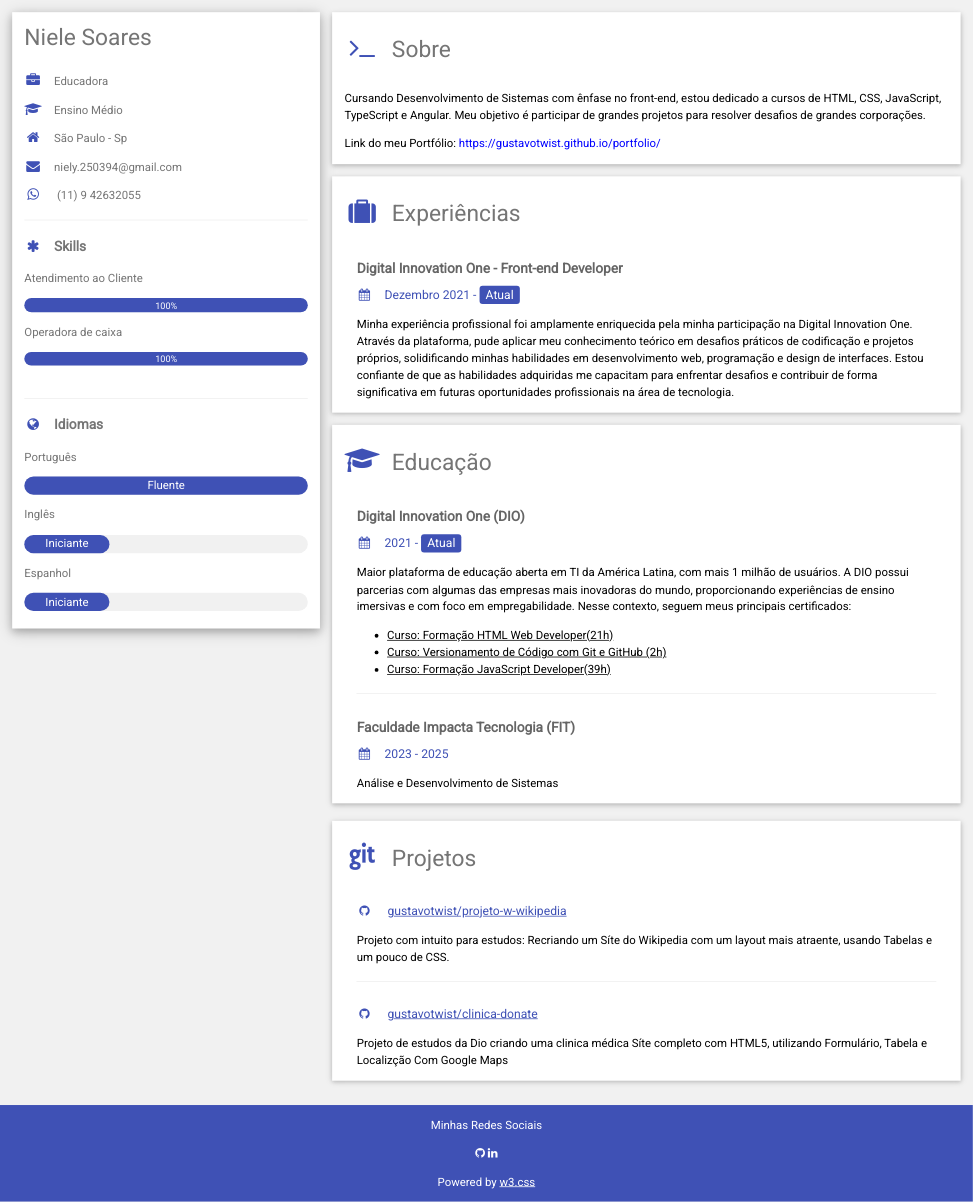
Repository: gustavotwist/cv2
Page: index.html
An editor plug-in stored every save of this project. The page is shown before and after the next save, followed by the edit.
The browser window is 1280 px wide. The pictures show the whole page, at 76% of full size.

Above is the page before, as saved 2024-08-23 17:18:26.

### index.html
<!DOCTYPE html>
<!-- @falvojr: Reference article https://www.w3schools.com/howto/howto_website_create_resume.asp -->
<!-- @falvojr: Useful link to use fontawesome (fa) icons: https://fontawesome.com/v4/icons/ -->
<html lang="pt-BR">

  <head>
    <title>Niele Soares</title>

    <meta http-equiv="Content-Type" content="text/html; charset=UTF-8">
    <meta name="viewport" content="width=device-width, initial-scale=1">

    <link rel="stylesheet" href="https://www.w3schools.com/w3css/4/w3.css">
    <link rel='stylesheet' href='https://fonts.googleapis.com/css?family=Roboto'>
    <link rel="stylesheet" href="https://cdnjs.cloudflare.com/ajax/libs/font-awesome/4.7.0/css/font-awesome.min.css">

    <style>
      html,body,h1,h2,h3,h4,h5,h6 {font-family: "Roboto", sans-serif}
    </style>

  </head>

  <body class="w3-light-grey" cz-shortcut-listen="true">

    <!-- Page Container -->
    <div class="w3-content w3-margin-top" style="max-width:1400px;">

      <!-- The Grid -->
      <div class="w3-row-padding">

        <!-- Left Column -->
        <div class="w3-third">

          <div class="w3-white w3-text-grey w3-card-4">
            <!-- @falvojr: This container has been modified to not use a profile picture. -->
            <div class="w3-container">
              <h2>Niele Soares</h2>
            </div>
            <div class="w3-container">
              <p><i class="fa fa-briefcase fa-fw w3-margin-right w3-large w3-text-indigo"></i>Educadora</p>
              <p><i class="fa fa-graduation-cap fa-fw w3-margin-right w3-large w3-text-indigo"></i>Ensino Médio</p>
              <p><i class="fa fa-home fa-fw w3-margin-right w3-large w3-text-indigo"></i>São Paulo - Sp</p>
              <p><i class="fa fa-envelope fa-fw w3-margin-right w3-large w3-text-indigo"></i><a href="mailto:niely.250394@gmail.com" style="text-decoration: none;">niely.250394@gmail.com</a></p>
              <p ><i class="fa fa-whatsapp fa-fw w3-margin-right w3-large w3-text-indigo"></i> <a href="tel:(11) 9 42632055" style="text-decoration: none;"> (11) 9 42632055</a> </p>
              <hr>

              <p class="w3-large">
                <b><i class="fa fa-asterisk fa-fw w3-margin-right w3-text-indigo"></i>Skills</b>
              </p>
              <p>Atendimento ao Cliente</p>
              <div class="w3-light-grey w3-round-xlarge w3-small">
                <div class="w3-container w3-center w3-round-xlarge w3-indigo" style="width:100%">100%</div>
              </div>
              <p>Operadora de caixa</p>
              <div class="w3-light-grey w3-round-xlarge w3-small">
                <div class="w3-container w3-center w3-round-xlarge w3-indigo" style="width:100%">100%</div>
              </div>
              <br>
              <hr>
              <p class="w3-large w3-text-theme">
                <b><i class="fa fa-globe fa-fw w3-margin-right w3-text-indigo"></i>Idiomas</b>
              </p>
              <p>Português</p>
              <div class="w3-light-grey w3-round-xlarge">
                <div class="w3-container w3-center w3-round-xlarge w3-indigo" style="height:24px;width:100%">Fluente</div>
              </div>
              <p>Inglês</p>
              <div class="w3-light-grey w3-round-xlarge">
                <div class="w3-container w3-center w3-round-xlarge w3-indigo" style="height:24px;width:30%">Iniciante</div>
              </div>
              <p>Espanhol</p>
              <div class="w3-light-grey w3-round-xlarge">
                <div class=" w3-container w3-center w3-round-xlarge w3-indigo" style="height:24px;width:30%">Iniciante</div>
              </div>
              <br>
            </div>
          </div><br>

          <!-- End Left Column -->
        </div>

        <!-- Right Column -->
        <div class="w3-twothird">

          <div class="w3-container w3-card w3-white w3-margin-bottom">
            <h2 class="w3-text-grey w3-padding-16"><i class="fa fa-terminal fa-fw w3-margin-right w3-xxlarge w3-text-indigo"></i>Sobre</h2>
            <p>Cursando Desenvolvimento de Sistemas com ênfase no front-end, estou dedicado a cursos de HTML, CSS, JavaScript, TypeScript e Angular. Meu objetivo é participar de grandes projetos para resolver desafios de grandes corporações.</p>
            <p>Link do meu Portfólio: <a href="https://gustavotwist.github.io/portfolio/" target="_blank" style="color: blue; text-decoration: none;">https://gustavotwist.github.io/portfolio/</a></p>
          </div>

          <div class="w3-container w3-card w3-white w3-margin-bottom">
            <h2 class="w3-text-grey w3-padding-16">
              <i class="fa fa-suitcase fa-fw w3-margin-right w3-xxlarge w3-text-indigo"></i>Experiências
            </h2>
            <div class="w3-container">
              <h5 class="w3-opacity"><b>Digital Innovation One - Front-end Developer</b></h5>
                <h6 class="w3-text-indigo"><i class="fa fa-calendar fa-fw w3-margin-right"></i>Dezembro 2021 - <span class="w3-tag w3-indigo w3-round">Atual</span></h6>
                <p>
                    Minha experiência profissional foi amplamente enriquecida pela minha participação na Digital Innovation One. Através da plataforma, pude aplicar meu conhecimento teórico em desafios práticos de codificação e projetos próprios, solidificando minhas habilidades em desenvolvimento web, programação e design de interfaces. Estou confiante de que as habilidades adquiridas me capacitam para enfrentar desafios e contribuir de forma significativa em futuras oportunidades profissionais na área de tecnologia.
                </p>

            </div>
          </div>

          <div class="w3-container w3-card w3-white">
            <h2 class="w3-text-grey w3-padding-16">
              <i class="fa fa-graduation-cap fa-fw w3-margin-right w3-xxlarge w3-text-indigo"></i>Educação
            </h2>
            <div class="w3-container">
              <h5 class="w3-opacity"><b>Digital Innovation One (DIO)</b></h5>
              <h6 class="w3-text-indigo"><i class="fa fa-calendar fa-fw w3-margin-right"></i>2021 - <span class="w3-tag w3-indigo w3-round">Atual</span></h6>
              <p>
                Maior plataforma de educação aberta em TI da América Latina, com mais 1 milhão de usuários.
                A DIO possui parcerias com algumas das empresas mais inovadoras do mundo, proporcionando experiências
                de ensino imersivas e com foco em empregabilidade. Nesse contexto, seguem meus principais certificados:
              </p>
              <ul>
                <li><a href="https://www.dio.me/certificate/VDSNYTO5" target="_blank">Curso: Formação HTML Web Developer(21h)</a></li>
                <li><a href="https://www.dio.me/certificate/EA66CA6A" target="_blank">Curso: Versionamento de Código com Git e GitHub (2h)</a></li>
                <li><a href="https://www.dio.me/certificate/OST0WIWG" target="_blank">Curso: Formação JavaScript Developer(39h)</a></li>
              </ul>
              <hr>
            </div>
            <div class="w3-container">
              <h5 class="w3-opacity"><b>Faculdade Impacta Tecnologia (FIT)</b></h5>
              <h6 class="w3-text-indigo"><i class="fa fa-calendar fa-fw w3-margin-right"></i>2023 - 2025</h6>
              <p>Análise e Desenvolvimento de Sistemas</p>
            </div>
          </div><br>
          <div class="w3-container w3-card w3-white w3-margin-bottom">
            <h2 class="w3-text-grey w3-padding-16">
              <i class="fa fa-git fa-fw w3-margin-right w3-xxlarge w3-text-indigo"></i>Projetos
            </h2>
            <div class="w3-container">
              <h6 class="w3-text-indigo">
                <i class="fa fa-github fa-fw w3-margin-right"></i>
                <a href="https://github.com/gustavotwist/projeto-w-wikipedia" target="_blank">gustavotwist/projeto-w-wikipedia</a>
              </h6>
              <p>Projeto com intuito para estudos: Recriando um Síte do Wikipedia com um layout mais atraente, usando Tabelas e um pouco de CSS.</p>
              <hr>
            </div>
            <div class="w3-container">
              <h6 class="w3-text-indigo">
                <i class="fa fa-github fa-fw w3-margin-right"></i>
                <a href="https://github.com/gustavotwist/clinica-donate" target="_blank">gustavotwist/clinica-donate</a>
              </h6>
              <p>Projeto de estudos da Dio criando uma clinica médica Síte completo com HTML5, utilizando Formulário, Tabela e Localizção Com Google Maps</p>
            </div>
          </div>

          <!-- End Right Column -->
        </div>

        <!-- End Grid -->
      </div>

      <!-- End Page Container -->
    </div>

    <footer class="w3-container w3-indigo w3-center w3-margin-top">
      <p>Minhas Redes Sociais</p>
      <a href="https://github.com/gustavotwist" target="_blank"><i class="fa fa-github w3-hover-opacity"></i></a>
      <a href="https://www.linkedin.com/in/gustavoalves7/" target="_blank"><i class="fa fa-linkedin w3-hover-opacity"></i></a>
      <p>Powered by <a href="https://www.w3schools.com/w3css/default.asp" target="_blank">w3.css</a></p>
    </footer>

  </body>

</html>

After the next save:
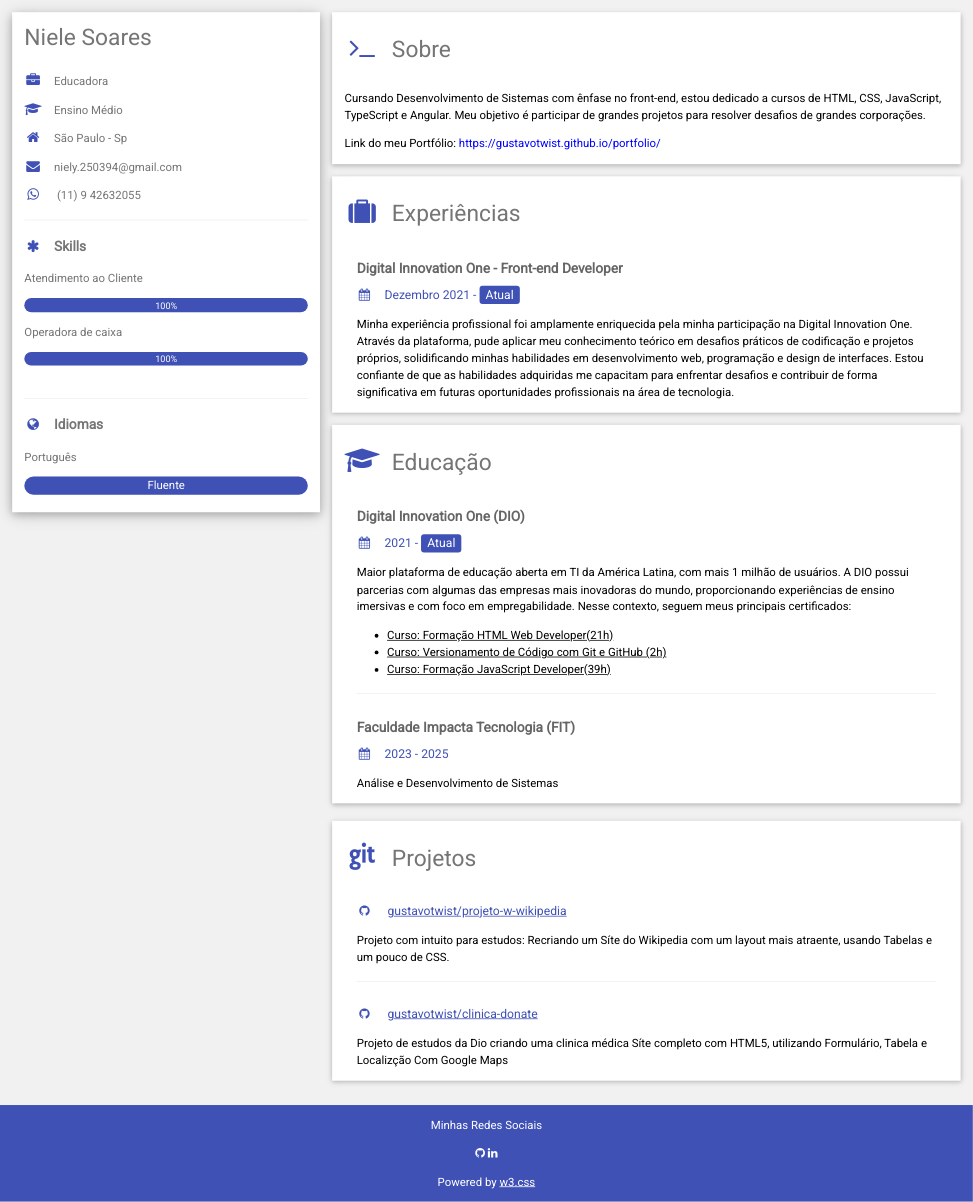
Saved 23 s later.
--- a/index.html
+++ b/index.html
@@ -62,14 +62,6 @@
               <p>Português</p>
               <div class="w3-light-grey w3-round-xlarge">
                 <div class="w3-container w3-center w3-round-xlarge w3-indigo" style="height:24px;width:100%">Fluente</div>
-              </div>
-              <p>Inglês</p>
-              <div class="w3-light-grey w3-round-xlarge">
-                <div class="w3-container w3-center w3-round-xlarge w3-indigo" style="height:24px;width:30%">Iniciante</div>
-              </div>
-              <p>Espanhol</p>
-              <div class="w3-light-grey w3-round-xlarge">
-                <div class=" w3-container w3-center w3-round-xlarge w3-indigo" style="height:24px;width:30%">Iniciante</div>
               </div>
               <br>
             </div>
